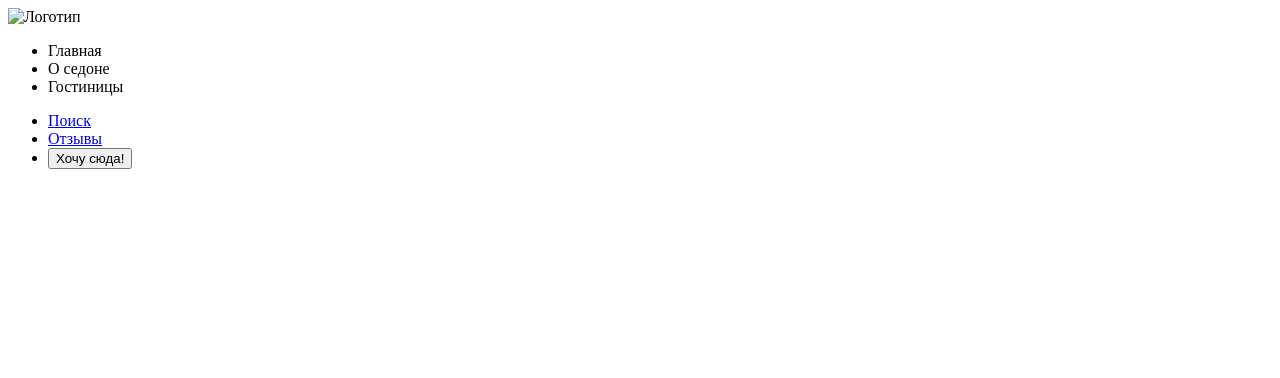
Repository: iKrekus/isedona
Page: index.html
These files come from the project's save history. The page is drawn as it stood at one moment and after the next save; the edit follows.
The browser window is 1280 px wide. The pictures show the whole page.

Above is the page before, as saved 2022-09-24 20:00:58.

After the next save:
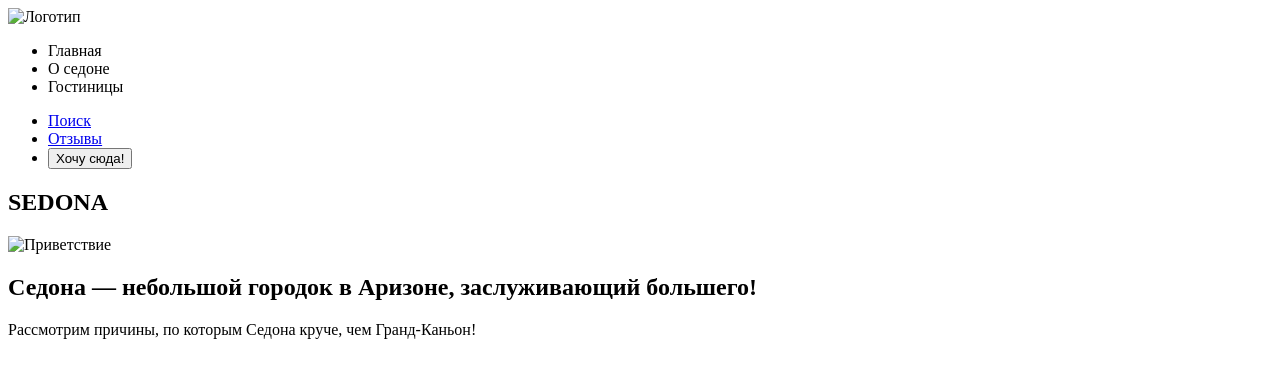
Saved 33 min 1 s later.
--- a/index.html
+++ b/index.html
@@ -29,6 +29,17 @@
     </li>
   </ul>
 </nav>
+<main class="main-index">
+  <section class="hero">
+    <h1 class="visuality-hidden">SEDONA</h1>
+      <img class="hero-logo" src="#" alt="Приветствие">
+      <div class="hero-logo-line"></div>
+        <aside class="hero-text">
+          <h2 class="hero-title">Седона — небольшой городок в Аризоне, заслуживающий большего!</h2>
+          <p class="hero-paragraph">Рассмотрим причины, по которым Седона круче, чем Гранд-Каньон!</p>
+        </aside>
+  </section>
+</main>
 </header>
   </body>
 </html>
